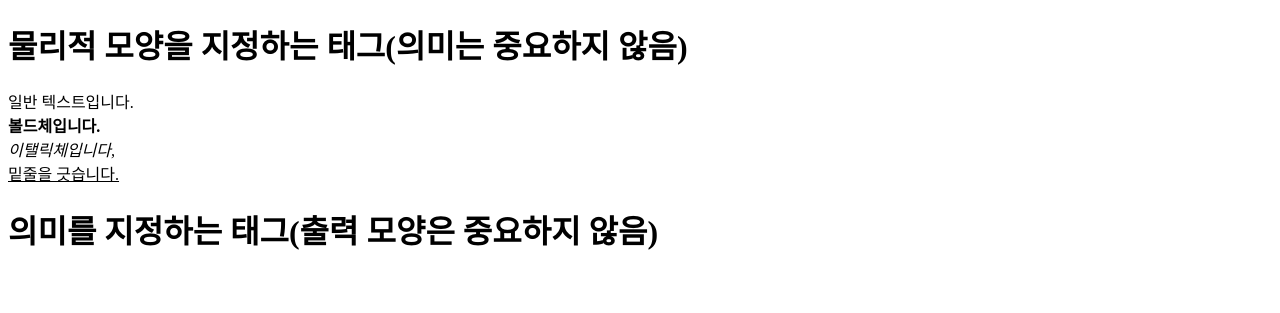
Repository: ssj5037/Class-Study
Page: [5] HTML, CSS, JavaScript/ClientTest/WebContent/Ex09_style.html
The author's editor kept a copy of each file at every save. The page is drawn from the files as they stood at one save, then again after the next save.
The browser window is 1280 px wide. The pictures show the whole page.

Above is the page before, as saved 2020-06-19 00:42:45.

After the next save:
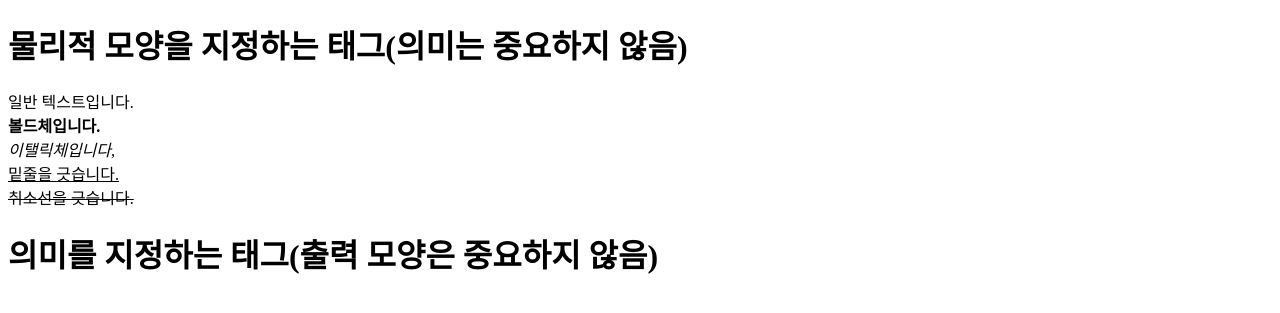
Saved 62 s later.
--- a/[5] HTML, CSS, JavaScript/ClientTest/WebContent/Ex09_style.html
+++ b/[5] HTML, CSS, JavaScript/ClientTest/WebContent/Ex09_style.html
@@ -13,6 +13,7 @@
 	<b>볼드체입니다.</b><br> <!-- bold -->
 	<i>이탤릭체입니다,</i><br> <!-- italic -->
 	<u>밑줄을 긋습니다.</u><br> <!-- underline -->
+	<strike>취소선을 긋습니다.</strike><br> <!--  -->
 
 	<h1>의미를 지정하는 태그(출력 모양은 중요하지 않음)</h1>
 
